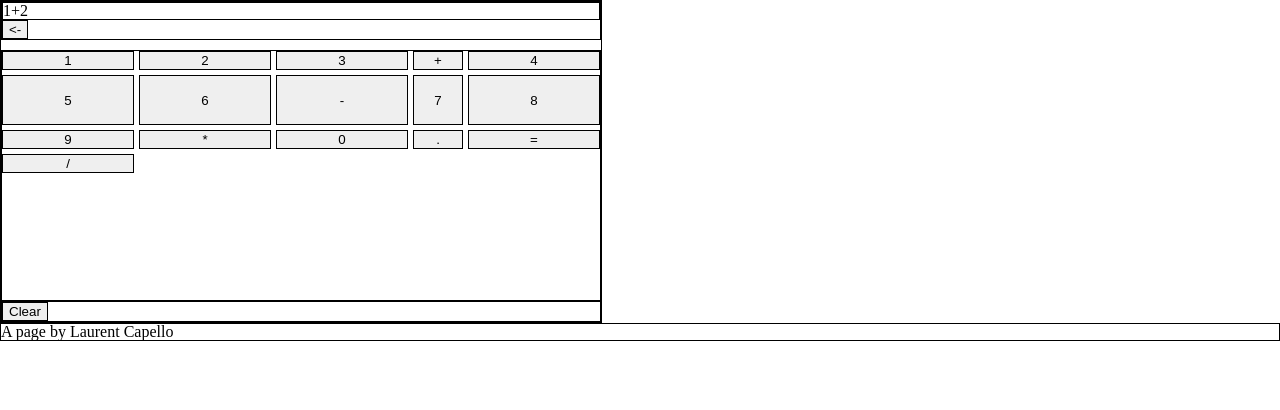
Repository: sokafootball/js-calculator
Page: index.html
An editor plug-in stored every save of this project. The page is shown before and after the next save, followed by the edit.
The browser window is 1280 px wide. The pictures show the whole page.

Above is the page before, as saved 2020-04-25 11:33:34.

After the next save:
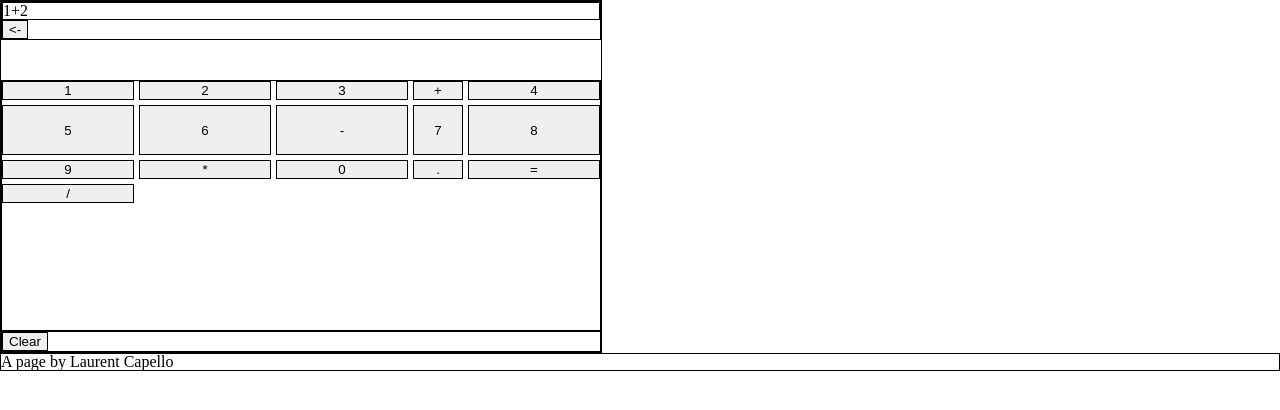
Saved 6 s later.
--- a/style.css
+++ b/style.css
@@ -3,7 +3,7 @@
 }
 
 #calc-top{
-  margin-bottom: 10px;
+  margin-bottom: 40px;
 }
 
 #display{
